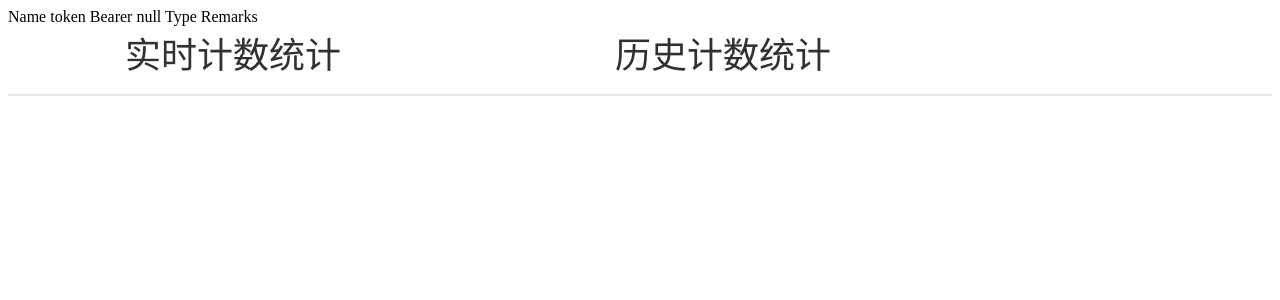
Repository: yaesass/yaesass
Page: /#/InStock (app in scancode/)
These files come from the project's save history. The page is drawn as it stood at one moment and after the next save; the edit follows.
The browser window is 1280 px wide. The pictures show the whole page.
The project was rebuilt for these pictures with package versions that can differ from the ones it lists, and the page was loaded fresh each time. Also part of the build but not shown: scancode/vue.config.js.

Above is the page before, as saved 2022-06-29 15:14:27.

After the next save:
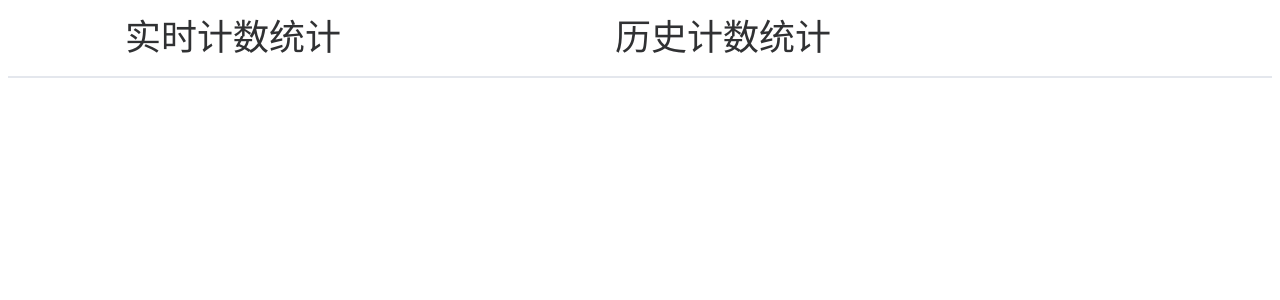
Saved 14 s later.
--- a/scancode/src/App.vue
+++ b/scancode/src/App.vue
@@ -1,6 +1,6 @@
 <template>
   <div id="app">
-    Name {{ Name }} token {{ token }} Type {{ Type }} Remarks {{ Remarks }}
+    <!-- Name {{ Name }} token {{ token }} Type {{ Type }} Remarks {{ Remarks }} -->
     <router-view></router-view>
   </div>
 </template>
